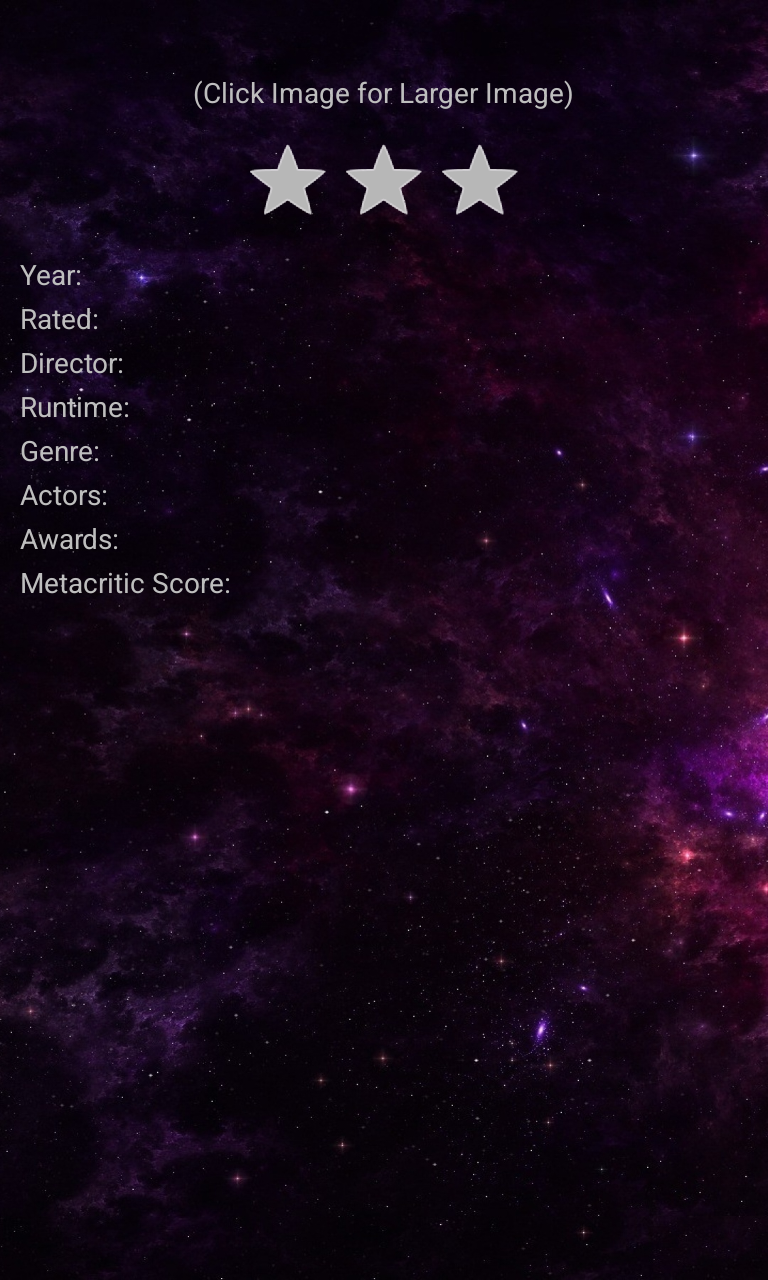
Repository: laurenelder/Java2_Elder
Layout: MovieLookup/res/layout/detail_layout.xml
An editor plug-in stored every save of this project. The layout is shown before and after the next save, followed by the edit.
It is drawn on a 768 x 1280 px phone screen (xhdpi) without system bars, with theme android:Theme.Holo; the app's code is not run.

Above is the layout before, as saved 2014-07-31 16:47:18.

After the next save:
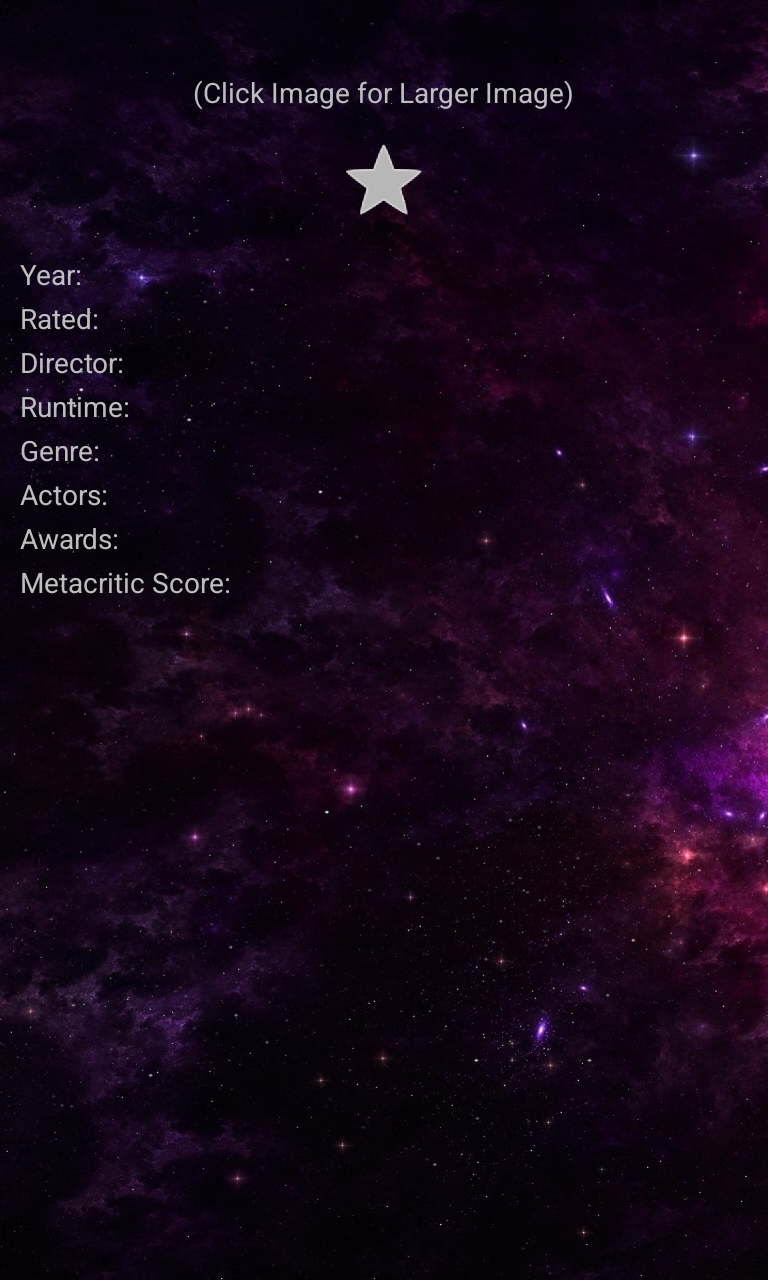
Saved 3 min 44 s later.
--- a/MovieLookup/res/layout/detail_layout.xml
+++ b/MovieLookup/res/layout/detail_layout.xml
@@ -51,7 +51,7 @@
 	    android:layout_width="wrap_content"
 	    android:layout_height="wrap_content"
 	    android:layout_gravity="center"
-        android:numStars="3"
+        android:numStars="1"
 	    android:stepSize="1.0"
 	    android:rating="0.0" />
 
